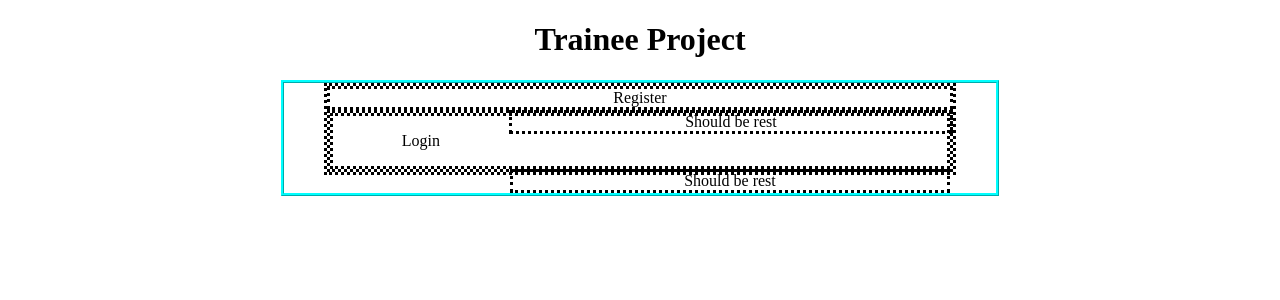
Repository: LsCodeMaster/Training
Page: Trainee/WebContent/trainee.html
The author's editor kept a copy of each file at every save. The page is drawn from the files as they stood at one save, then again after the next save.
The browser window is 1280 px wide. The pictures show the whole page.

Above is the page before, as saved 2015-09-15 10:06:28.

After the next save:
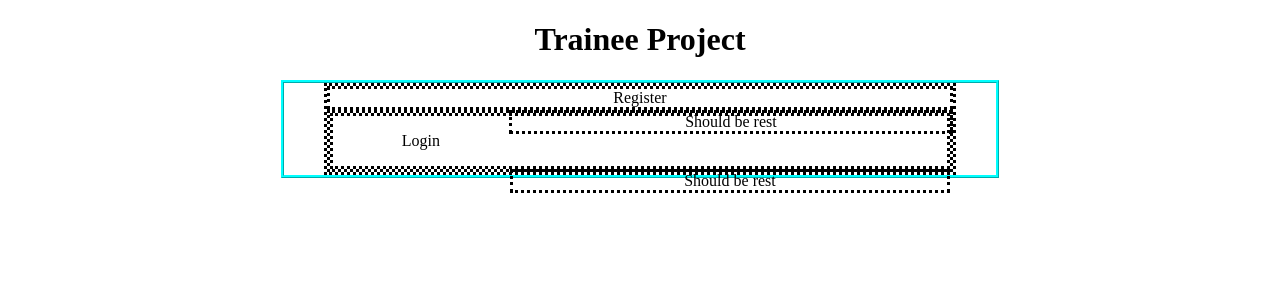
Saved 14 s later.
--- a/Trainee/WebContent/css/style.css
+++ b/Trainee/WebContent/css/style.css
@@ -6,7 +6,6 @@
 	padding: 40 px;
 	padding-left: 40px;
 	padding-right: 40px;
-	overflow: hidden;
 }
 .centeredBox div{
 	border-style: dotted;
